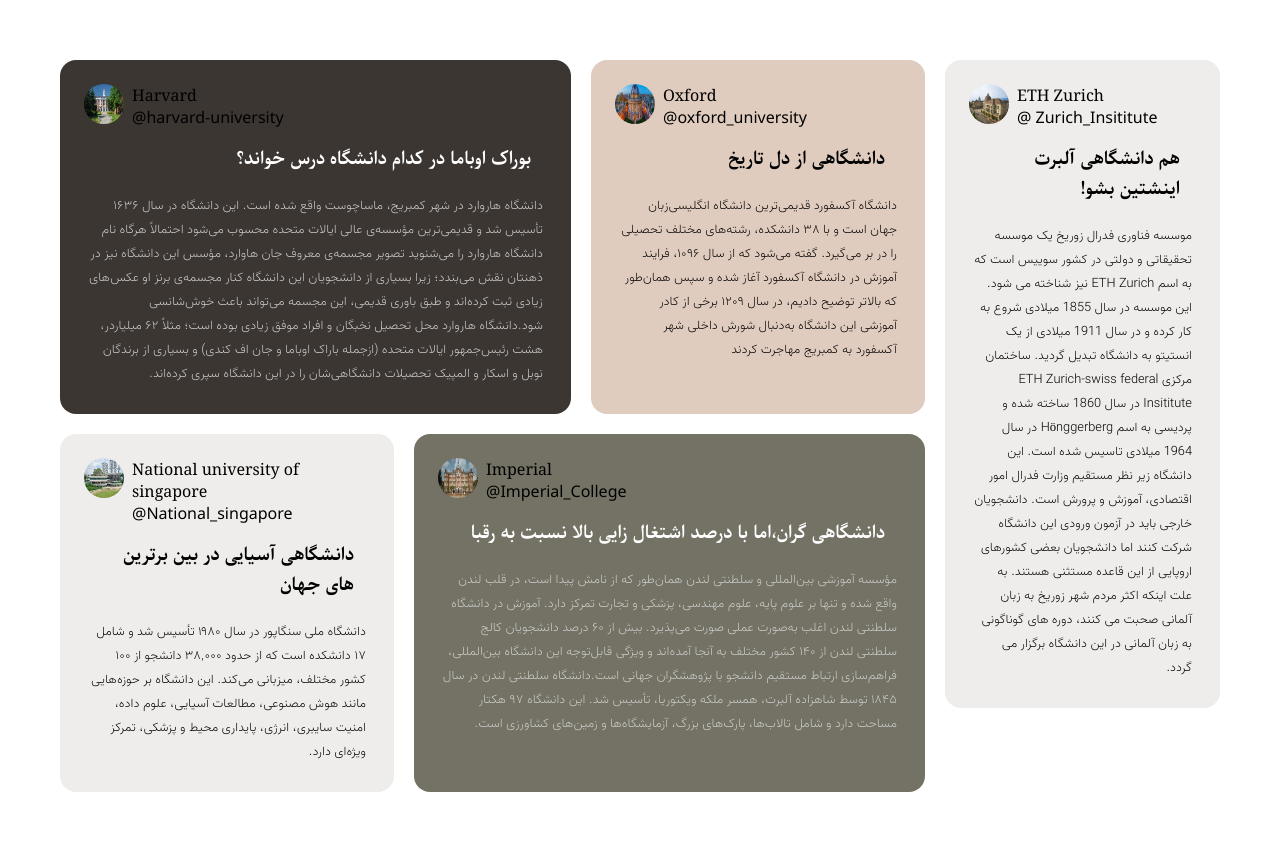
Repository: rahanwz/cards
Page: cards.html
The author's editor kept a copy of each file at every save. The page is drawn from the files as they stood at one save, then again after a run of saves.
The browser window is 1280 px wide. The pictures show the whole page.

Above is the page before, as saved 2024-02-17 16:56:05.

### cards.html
<!DOCTYPE html>
<html lang="en">
  <head>
    <meta charset="UTF-8" />
    <meta name="viewport" content="width=device-width, initial-scale=1.0" />
    <title>Document</title>
    <link rel="stylesheet" href="cards.css" />
  </head>
  <body>
    <div class="container">
      <div class="boxcard1">
        <div class="cardcontainer big-card">
          <div class="card1">
            <div class="head">
              <div class="profile">
                <div class="profilecontaner">
                  <img
                    src="harvard-university-6591e0b9df73096be8d614ee.webp"
                    alt=""
                  />
                </div>
              </div>

              <div>
                <div class="user">Harvard</div>
                <div class="id">@harvard-university</div>
              </div>
            </div>
            <div class="descrip1" style="color: #ffffff;">بوراک اوباما در کدام دانشگاه درس خواند؟</div>
            <div class="descrip2" style=" color: #d0d0d0;">
              دانشگاه هاروارد در شهر کمبریج، ماساچوست واقع شده است. این دانشگاه
              در سال ۱۶۳۶ تأسیس شد و قدیمی‌ترین مؤسسه‌ی عالی ایالات متحده محسوب
              می‌شود احتمالاً هرگاه نام دانشگاه هاروارد را می‌شنوید تصویر
              مجسمه‌ی معروف جان هاوارد، مؤسس این دانشگاه نیز در ذهنتان نقش
              می‌بندد؛ زیرا بسیاری از دانشجویان این دانشگاه کنار مجسمه‌ی برنز او
              عکس‌های زیادی ثبت کرده‌اند و طبق باوری قدیمی، این مجسمه می‌تواند
              باعث خوش‌شانسی شود.دانشگاه هاروارد محل تحصیل نخبگان و افراد موفق
              زیادی بوده است؛ مثلاً ۶۲ میلیاردر، هشت‌ رئیس‌جمهور ایالات متحده
              (ازجمله باراک اوباما و جان اف کندی) و بسیاری از برندگان نوبل و
              اسکار و المپیک تحصیلات دانشگاهی‌شان را در این دانشگاه سپری
              کرده‌اند.
            </div>
          </div>
        </div>

        <div class="cardcontainer small-card">
          <div class="card2">
            <div class="head">
              <div class="profile">
                <div class="profilecontaner">
                  <img
                    src="oxford-university-jpg-6591b422df73096be8d6145c.webp"
                    alt=""
                  />
                </div>
              </div>
              <div>
                <div class="user">Oxford</div>
                <div class="id">@oxford_university</div>
              </div>
            </div>
            <div class="descrip1">دانشگاهی از دل تاریخ</div>
            <div class="descrip2">
              دانشگاه آکسفورد قدیمی‌ترین دانشگاه انگلیسی‌زبان جهان است و با ۳۸
              دانشکده، رشته‌های مختلف تحصیلی را در بر می‌گیرد. گفته می‌شود که از
              سال ۱۰۹۶، فرایند آموزش در دانشگاه آکسفورد آغاز شده و سپس همان‌طور
              که بالاتر توضیح دادیم، در سال ۱۲۰۹ برخی از کادر آموزشی این دانشگاه
              به‌دنبال شورش داخلی شهر آکسفورد به کمبریج مهاجرت کردند
            </div>
          </div>
        </div>

        <div class="cardcontainer small-card">
          <div class="card3">
            <div class="head">
              <div class="profile">
                <div class="profilecontaner">
                  <img src="nus-6591f1acdf73096be8d61515.webp" alt="" />
                </div>
              </div>

              <div>
                <div class="user">National university of singapore</div>
                <div class="id">@National_singapore</div>
              </div>
            </div>
            <div class="descrip1">دانشگاهی آسیایی در بین برترین های جهان</div>
            <div class="descrip2">
              دانشگاه ملی سنگاپور در سال ۱۹۸۰ تأسیس شد و شامل ۱۷ دانشکده‌ است که
              از حدود ۳۸٬۰۰۰ دانشجو از ۱۰۰ کشور مختلف، میزبانی می‌کند. این
              دانشگاه بر حوزه‌هایی مانند هوش مصنوعی، مطالعات آسیایی، علوم داده،
              امنیت سایبری، انرژی، پایداری محیط و پزشکی، تمرکز ویژه‌ای دارد.
            </div>
          </div>
        </div>
        <div class="cardcontainer big-card">
          <div class="card4">
            <div class="head">
              <div class="profile">
                <div class="profilecontaner">
                  <img
                    src="imperial-college-london-6591e911df73096be8d614fb.webp"
                    alt=""
                  />
                </div>
              </div>

              <div>
                <div class="user">Imperial</div>
                <div class="id">@Imperial_College</div>
              </div>
            </div>
            <div class="descrip1" style="color: #ffffff;">
              دانشگاهی گران،اما با درصد اشتغال زایی بالا نسبت به رقبا
            </div>
            <div class="descrip2" style="color: #cfcfcf;">
              مؤسسه آموزشی بین‌المللی و سلطنتی لندن همان‌طور که از نامش پیدا
              است، در قلب لندن واقع شده و تنها بر علوم پایه، علوم مهندسی، پزشکی
              و تجارت تمرکز دارد. آموزش در دانشگاه سلطنتی لندن اغلب به‌صورت عملی
              صورت می‌پذیرد. بیش از ۶۰ درصد دانشجویان کالج سلطنتی لندن از ۱۴۰
              کشور مختلف به آنجا آمده‌اند و ویژگی قابل‌توجه این دانشگاه
              بین‌المللی، فراهم‌سازی ارتباط مستقیم دانشجو با پژوهشگران جهانی
              است.دانشگاه سلطنتی لندن در سال ۱۸۴۵ توسط شاهزاده آلبرت، همسر ملکه
              ویکتوریا، تأسیس شد. این دانشگاه ۹۷ هکتار مساحت دارد و شامل
              تالاب‌ها، پارک‌های بزرگ، آزمایشگاه‌ها و زمین‌های کشاورزی است.
            </div>
          </div>
        </div>
      </div>
      <div class="boxcard2">
        <div class="cardcontainer">
          <div class="card5">
            <div class="head">
              <div class="profile">
                <div class="profilecontaner">
                  <img src="zurich-eth-6591f083df73096be8d6150c.webp" alt="" />
                </div>
              </div>

              <div>
                <div class="user">ETH Zurich</div>
                <div class="id">@ Zurich_Insititute</div>
              </div>
            </div>
            <div class="descrip1" ">هم دانشگاهی آلبرت اینشتین بشو!</div>
            <div class="descrip2">
              موسسه فناوری فدرال زوریخ یک موسسه تحقیقاتی و دولتی در کشور سوییس
              است که به اسم ETH Zurich نیز شناخته می شود. این موسسه در سال 1855
              میلادی شروع به کار کرده و در سال 1911 میلادی از یک انستیتو به
              دانشگاه تبدیل گردید. ساختمان مرکزی ETH Zurich-swiss federal
              Insititute در سال 1860 ساخته شده و پردیسی به اسم Hönggerberg در
              سال 1964 میلادی تاسیس شده است. این دانشگاه زیر نظر مستقیم وزارت
              فدرال امور اقتصادی، آموزش و پرورش است. دانشجویان خارجی باید در
              آزمون ورودی این دانشگاه شرکت کنند اما دانشجویان بعضی کشورهای
              اروپایی از این قاعده مستثنی هستند. به علت اینکه اکثر مردم شهر
              زوریخ به زبان آلمانی صحبت می کنند، دوره های گوناگونی به زبان
              آلمانی در این دانشگاه برگزار می گردد.
            </div>
          </div>
        </div>
      </div>
    </div>
  </body>
</html>

### cards.css
* {
  padding: 0;
  margin: 0;
  box-sizing: border-box;
}

.container {
  display: flex;
  flex-direction: column;
  width: 100%;
  height: auto;
  padding: 3rem 2.5rem;
}

.head {
  display: flex;
}

.cardcontainer {
  width: 100%;
  padding: 10px;
}

.card1 {
  background-color: #3c3633;
  padding: 1.5rem;
  border-radius: 1rem;
}
.profile img {
  width: 40px;
  height: 40px;
  margin-right: 0.5rem;
  border-radius: 50%;
}

.descrip {
  padding-top: 1.5rem;
}

.card2 {
  background-color: #e0ccbe;
  padding: 1.5rem;
  border-radius: 1rem;
}
.card3 {
  background-color: #eeedeb;
  padding: 1.5rem;
  border-radius: 1rem;
}
.card4 {
  padding: 1.5rem;
  border-radius: 1rem;
  background-color: #747264;
}

.card5 {
  background-color: #eeedeb;
  padding: 1.5rem;
  border-radius: 1rem;
}

@media (min-width: 1024px) {
  .container {
    flex-direction: row;
    padding: 50px;
    height: 100%;
  }

  .boxcard1 {
    display: flex;
    width: 75%;
    height:20%;
    flex-wrap: wrap;

  }

  .boxcard2 {
    width: 25%;
     height: 65%;
  }

  .big-card {
    width:60%;
  }
  .small-card {
    width:40%;
  }
  .card1,.card2,.card3,.card4,.card5{
    height: 100%;
  }

.descrip1,
.descrip2 {
  direction: rtl;
}

.descrip1{
 font-size: 1.1rem;
 padding: 1rem;
 font-family: titr;
}

.descrip2{
  padding: .25rem;
  font-size:.80rem;
  line-height:1.5rem;
  font-family:des;
}
.user{
  font-family:Cambria, Cochin, Georgia, Times, 'Times New Roman', serif;
}
.id{
  font-family: 'Segoe UI', Tahoma, Geneva, Verdana, sans-serif;
}

}


@font-face{
  font-family:titr;
  src: url(font/Parastoo-Bold-FD-WOL.woff);
}



@font-face{
  font-family:des;
  src: url(font/Vazir-Thin.woff2);
}

After the next 2 saves:
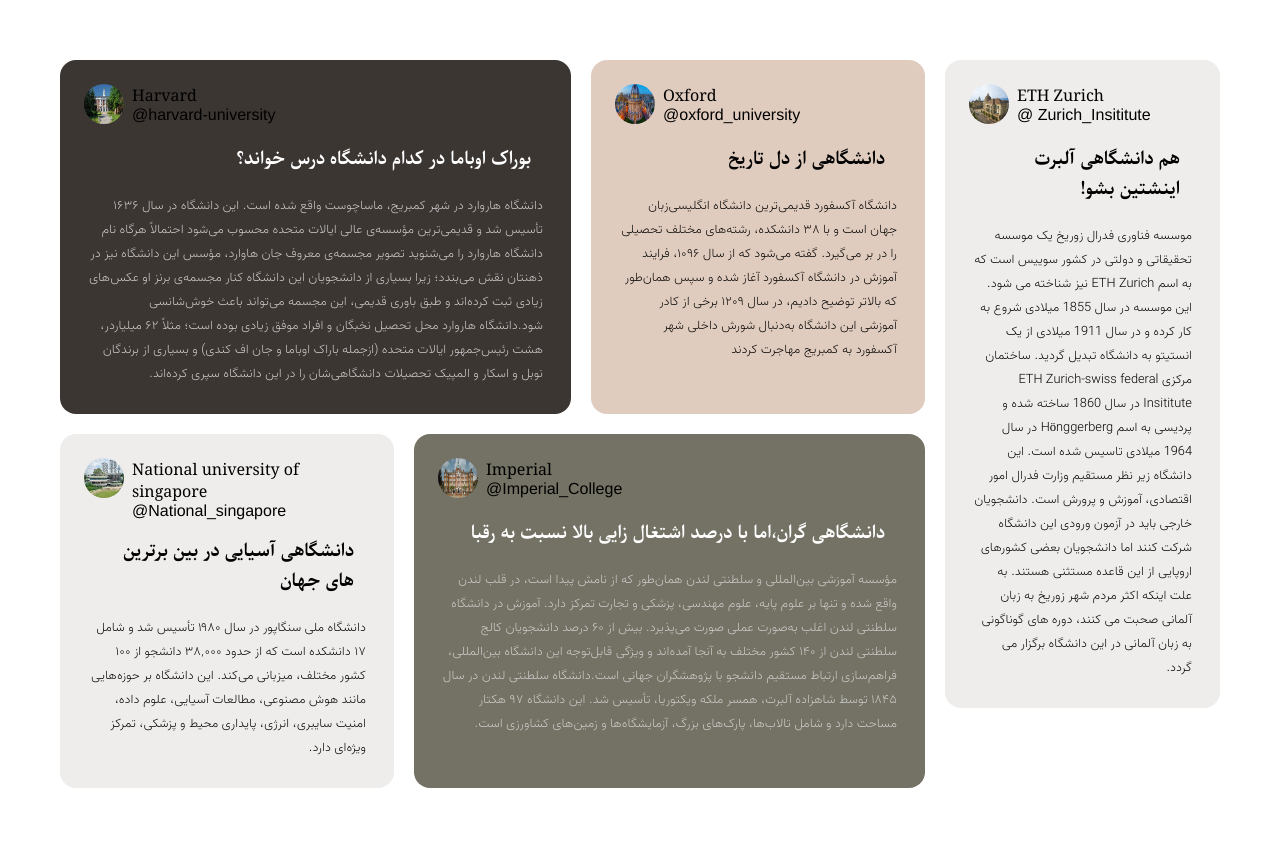
The 2 saves are shown as one change because they came seconds apart.
The last was saved 14 s later.
--- a/cards.css
+++ b/cards.css
@@ -110,7 +110,7 @@
   font-family:Cambria, Cochin, Georgia, Times, 'Times New Roman', serif;
 }
 .id{
-  font-family: 'Segoe UI', Tahoma, Geneva, Verdana, sans-serif;
+  font-family: 'Franklin Gothic Medium', 'Arial Narrow', Arial, sans-serif;
 }
 
 }
